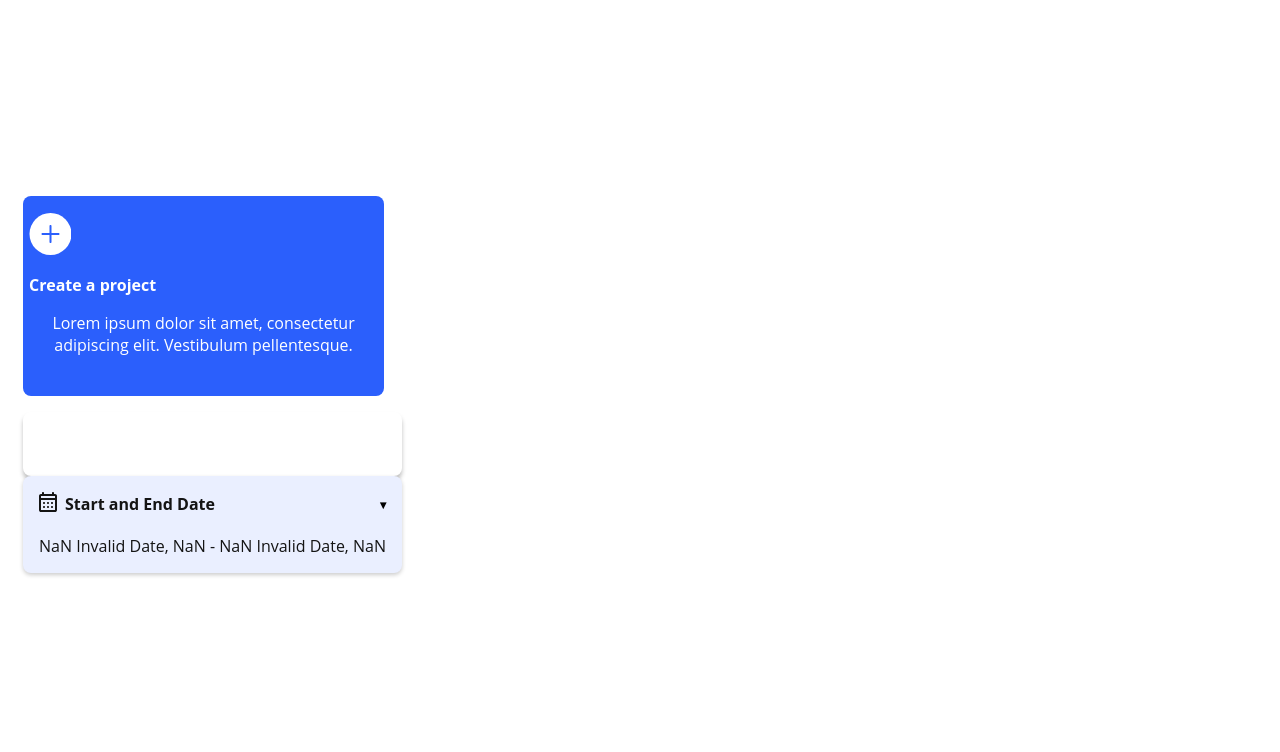
Repository: brunaguarizo/mosaic_app
Page: /
These files come from the project's save history. The page is drawn as it stood at one moment and after the next save; the edit follows.
The browser window is 1280 px wide. The pictures show the whole page.
The project was rebuilt for these pictures with package versions that can differ from the ones it lists, and the page was loaded fresh each time. The framework's server and built-in components were replaced by stand-ins that run in the browser. Also part of the build but not shown: next.config.mjs, app/_ui/navbar/navbar.js, app/_ui/Button/Button.js, app/_ui/Tag/Tag.js, app/_ui/Project_card/Project_card.js, app/_ui/Date_PopUp/Date_PopUp.module.css, app/_ui/Date_PopUp/Date_PopUp.js.

Above is the page before, as saved 2025-04-18 18:46:59.

After the next save:
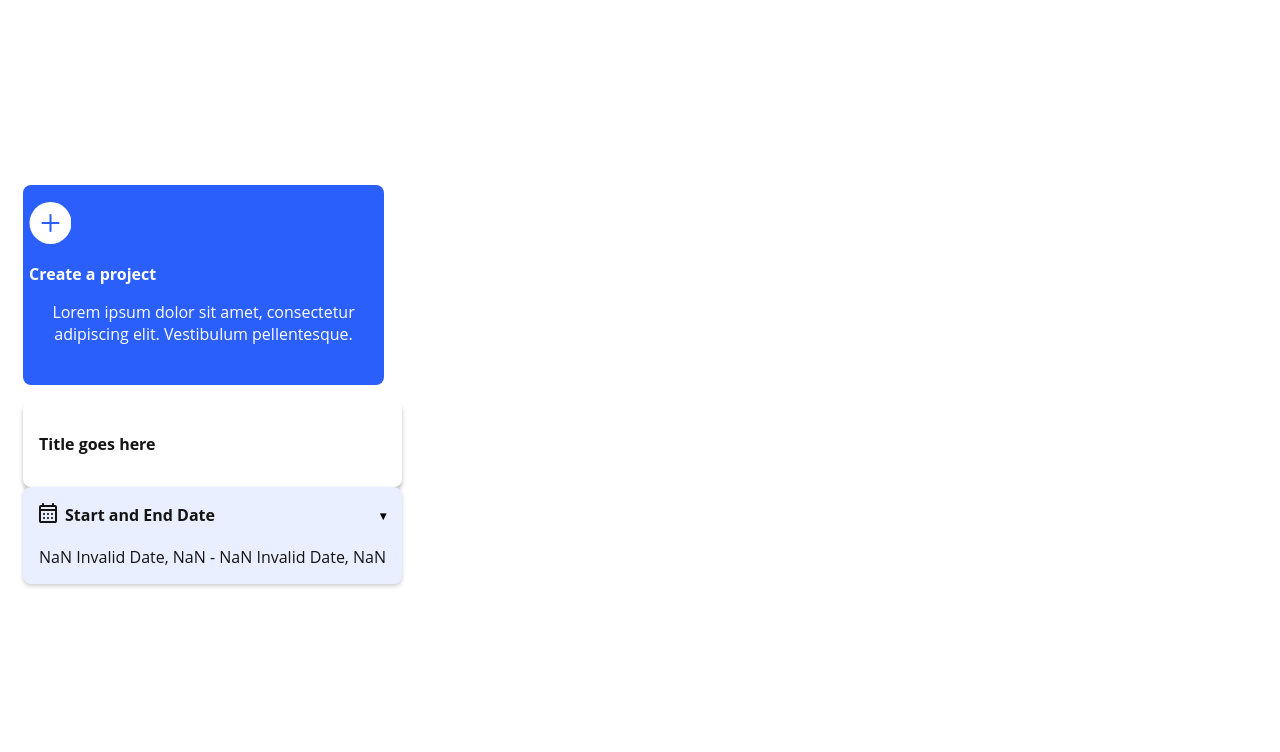
Saved 13 s later.
--- a/app/page.js
+++ b/app/page.js
@@ -11,7 +11,7 @@ export default function Home() {
         <div>
             <CreateProject />
             <DescriptionBox
-                title=''
+                title='Title goes here'
                 useCase='primary'
             />
             <DateCard />
